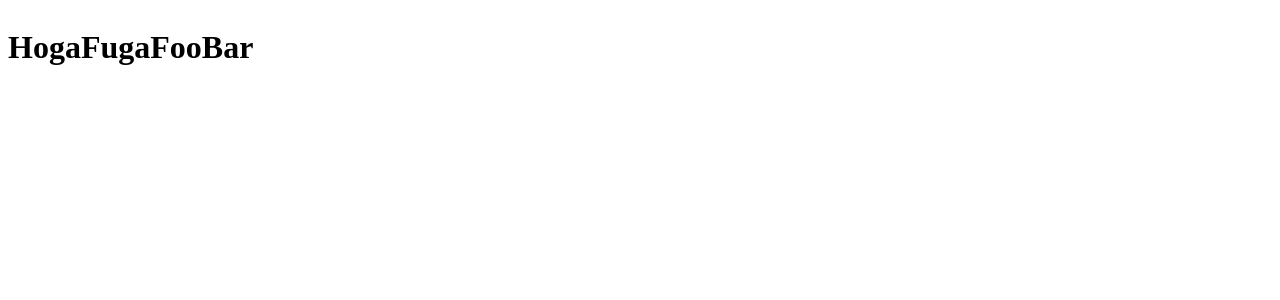
Repository: Ryutaro26/samurai-lp
Page: home.html
The author's editor kept a record of every edit. The page is drawn from the files as they stood at one moment, then again after the next edit.
The browser window is 1280 px wide. The pictures show the whole page.

Above is the page before.

After the next edit:
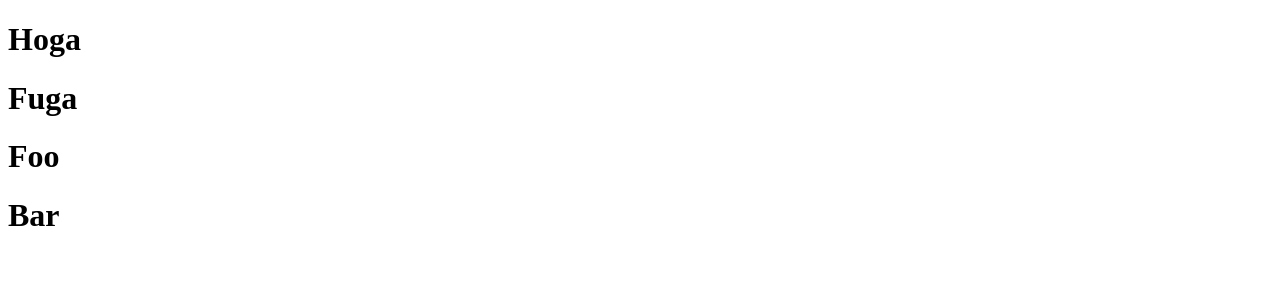
The edit:
--- a/home.html
+++ b/home.html
@@ -2,9 +2,7 @@
 <html lang="ja">
     <head>
         <style>
-            #parent{
-                display: flex;
-            }
+
         </style>
     </head>
     <body>
